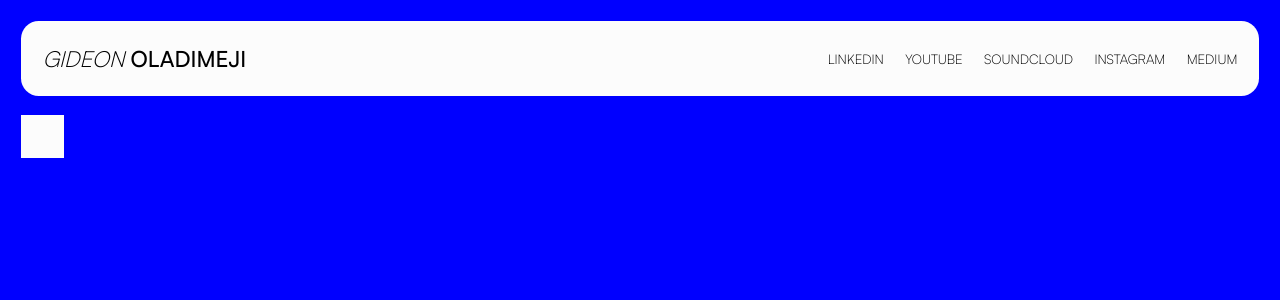
Repository: WilAy1/scalarbnae
Page: /
An editor plug-in stored every save of this project. The page is shown before and after the next save, followed by the edit.
The browser window is 1280 px wide. The pictures show the whole page.
The project was rebuilt for these pictures with package versions that can differ from the ones it lists, and the page was loaded fresh each time.

Above is the page before, as saved 2024-11-11 17:24:37.

### src/index.css
@tailwind base;
@tailwind components;
@tailwind utilities;

body {
  margin: 0;
  font-family: -apple-system, BlinkMacSystemFont, 'Segoe UI', 'Roboto', 'Oxygen',
    'Ubuntu', 'Cantarell', 'Fira Sans', 'Droid Sans', 'Helvetica Neue',
    sans-serif;
  -webkit-font-smoothing: antialiased;
  -moz-osx-font-smoothing: grayscale;
}

code {
  font-family: source-code-pro, Menlo, Monaco, Consolas, 'Courier New',
    monospace;
}



@layer utilities {
  @font-face {
    font-family: satoshi;
    src: url(/src/assets/fonts/Satoshi-Variable.ttf) format("truetype");
  }
}

### src/App.js
import { useEffect } from 'react';
import './App.css';
import Header from './header';

function App() {
  return (
    <div className="App bg-[#2B50AA] w-full min-h-screen p-[1.667vw]">
      <Header />
      <div className='py-[1.458vw]'>
        <div className='w-full flex items-center gap-[]'>
          <div className='bg-[#FCFCFC] p-[1.667vw]'></div>
        </div>
      </div>
    </div>
  );
}

export default App;

### src/App.css
.App {
  background-color: blue;
  height: 100vh;
}

### src/header.jsx
const HEADER_LINKS = [
    {
        title: "Linkedin",
        link: ""
    },
    {
        title: "Youtube",
        link: ""
    },
    {
        title: "Soundcloud",
        link: ""
    },
    {
        title: "Instagram",
        link: ""
    },
    {
        title: "MEDIUM",
        link: ""
    }
]

const Header = ()=>{
    return (
        <div className='bg-[#FCFCFC] w-full rounded-[1.389vw] px-[1.667vw] py-[1.632vw] font-satoshi'>
        <div className='w-full h-full flex items-center justify-between'>
          <div className='uppercase text-[1.736vw]'><span className="italic font-[300]">Gideon</span><span className='font-medium'> oladimeji</span></div>
          <div className='flex items-center gap-[1.667vw] uppercase text-[1.042vw] font-[300]'>
            {
                HEADER_LINKS.map((header, key)=>{
                    return (
                        <a href={header.link} key={key} target="_blank" rel="noreferrer">{header.title}</a>
                    );
                })
            }
          </div>
        </div>
      </div>
    );
}


export default Header;

### tailwind.config.js
/** @type {import('tailwindcss').Config} */
module.exports = {
  content: ["./src/**/*.{html,js,jsx}"],
  theme: {
    extend: {
      fontFamily: {
        satoshi: 'satoshi',
      },
    },
  },
  plugins: [],
}

Loaded but not shown: public/index.html (common file); src/index.js (common file); src/reportWebVitals.js (common file)

After the next save:
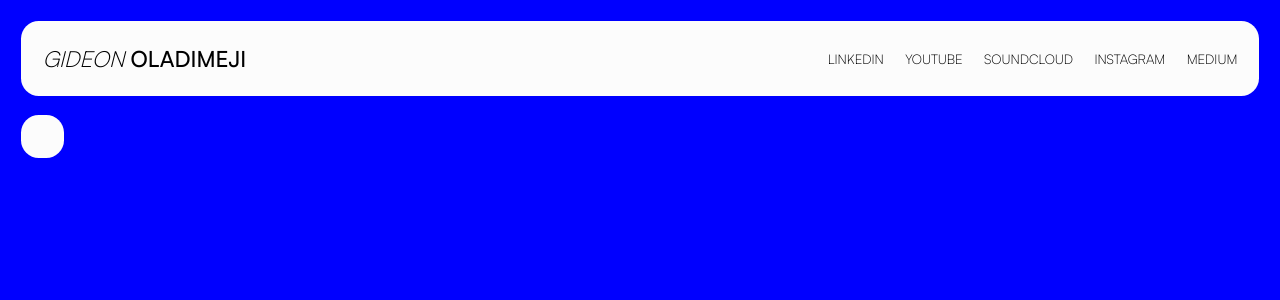
Saved 15 s later.
--- a/src/App.js
+++ b/src/App.js
@@ -8,7 +8,7 @@
       <Header />
       <div className='py-[1.458vw]'>
         <div className='w-full flex items-center gap-[]'>
-          <div className='bg-[#FCFCFC] p-[1.667vw]'></div>
+          <div className='bg-[#FCFCFC] p-[1.667vw] rounded-[1.389vw]'></div>
         </div>
       </div>
     </div>
